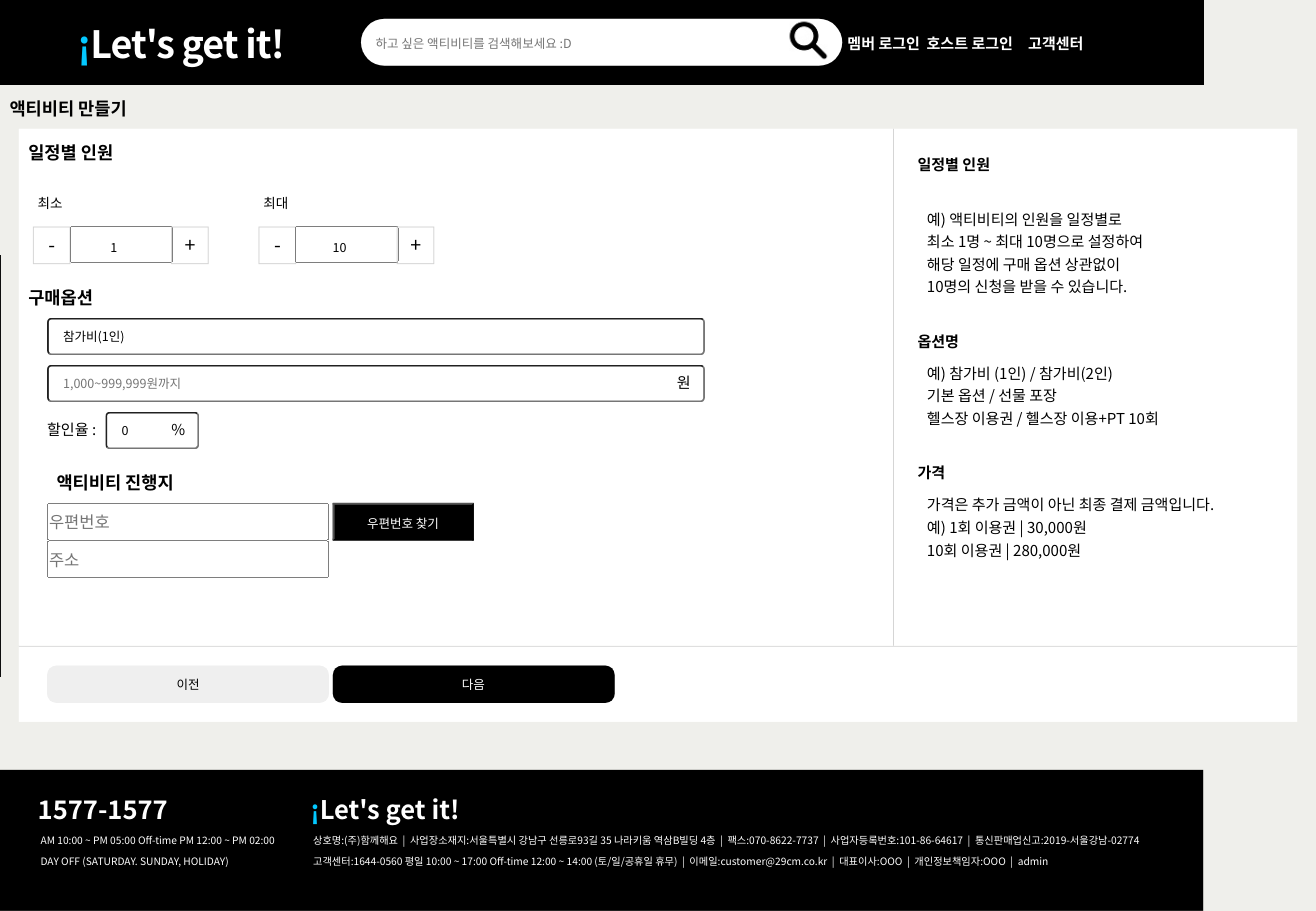
Repository: KiHyo-Tak/2stTeam
Page: http://localhost/2nd_Project_LetsGetIt/WEB-INF/views/activity/memberCntForm.jsp
An editor plug-in stored every save of this project. The page is shown before and after the next save, followed by the edit.
The browser window is 1280 px wide. The page is 1400 px wide, so the pictures cover 1400 px, including what lies to the right of the window. The pictures show the whole page, at 94% of full size.
Some web fonts or font styles are not loaded; a fallback is used. The page is served by Tomcat 9. Nobody is signed in. Other server files are loaded and not shown. The template is opened directly, without the code that normally fills it, so the values that code supplies are empty.

Above is the page before, as saved 2020-04-29 06:11:21.

### 2nd_Project_LetsGetIt/src/main/webapp/WEB-INF/views/activity/memberCntForm.jsp
<%@ page language="java" contentType="text/html; charset=UTF-8"
    pageEncoding="UTF-8"%>
<%@ taglib prefix="c" uri="http://java.sun.com/jsp/jstl/core" %>
<%@ taglib prefix="fmt" uri="http://java.sun.com/jsp/jstl/fmt" %>
<c:set var="conPath" value="${pageContext.request.contextPath }"/>
<!DOCTYPE html>
<html>
<head>
<meta charset="UTF-8">
<title>Insert title here</title>
</head>
<script src="https://code.jquery.com/jquery-3.4.1.min.js"></script>
<script>
	$(function(){
		$('#minDecrease').click(function() {
			var min = $('#min').val()-1;
			if(min >= 1) {
				$('#min').val(min);
			}
		});
		$('#minIncrease').click(function() {
			var min = $('#min').val();
			if(min < 999) {
				min++;
				$('#min').val(min);
			}
		});
		$('#maxDecrease').click(function() {
			var max = $('#max').val()-1;
			if(max >= 1) {
				$('#max').val(max);
			}
		});
		$('#maxIncrease').click(function() {
			var max = $('#max').val();
			if(max < 999) {
				max++;
				$('#max').val(max);
			}
		});
	});
	function chk() {
		var min = $('#min').val();
		var max = $('#max').val();
		if(max < min) {
			alert('최대인원은 최소인원보다 작을 수 없습니다');
			return false;
		}
	}
</script>
<script src="https://t1.daumcdn.net/mapjsapi/bundle/postcode/prod/postcode.v2.js"></script>
<script>
function sample6_execDaumPostcode() {
    new daum.Postcode({
        oncomplete: function(data) {
            // 팝업에서 검색결과 항목을 클릭했을때 실행할 코드를 작성하는 부분.

            // 각 주소의 노출 규칙에 따라 주소를 조합한다.
            // 내려오는 변수가 값이 없는 경우엔 공백('')값을 가지므로, 이를 참고하여 분기 한다.
            var addr = ''; // 주소 변수
            var extraAddr = ''; // 참고항목 변수

            //사용자가 선택한 주소 타입에 따라 해당 주소 값을 가져온다.
            if (data.userSelectedType === 'R') { // 사용자가 도로명 주소를 선택했을 경우
                addr = data.roadAddress;
            } else { // 사용자가 지번 주소를 선택했을 경우(J)
                addr = data.jibunAddress;
            }

            // 사용자가 선택한 주소가 도로명 타입일때 참고항목을 조합한다.
            if(data.userSelectedType === 'R'){
                // 법정동명이 있을 경우 추가한다. (법정리는 제외)
                // 법정동의 경우 마지막 문자가 "동/로/가"로 끝난다.
                if(data.bname !== '' && /[동|로|가]$/g.test(data.bname)){
                    extraAddr += data.bname;
                }
                // 건물명이 있고, 공동주택일 경우 추가한다.
                if(data.buildingName !== '' && data.apartment === 'Y'){
                    extraAddr += (extraAddr !== '' ? ', ' + data.buildingName : data.buildingName);
                }
                // 표시할 참고항목이 있을 경우, 괄호까지 추가한 최종 문자열을 만든다.
                if(extraAddr !== ''){
                    extraAddr = ' (' + extraAddr + ')';
                }
                // 조합된 참고항목을 해당 필드에 넣는다.
                document.getElementById("sample6_extraAddress").value = extraAddr;

            } else {
                document.getElementById("sample6_extraAddress").value = '';
            }

            // 우편번호와 주소 정보를 해당 필드에 넣는다.
            document.getElementById('sample6_postcode').value = data.zonecode;
            document.getElementById("sample6_address").value = addr;
        }
    }).open();
}
</script>
<link href="${conPath }/css/memberCntForm.css" rel="stylesheet">
<body>
	<jsp:include page="../main/header.jsp" />
	<div id="memberCnt">
		<h3>액티비티 만들기</h3>
		<form action="activityClude.do" onsubmit="return chk()" method="post">
			<input type="hidden" name="actCno" value="${actCno }">
			<input type="hidden" name="actName" value="${actName }">
			<input type="hidden" name="actImg" value="${actImg }">
			<div id="left">
				<h3>일정별 인원</h3>
				<div class="cnt">
					<p>최소</p>
					<div id="minDecrease">-</div>
					<input type="number" name="actMinMember" min="1" max="999" value="1" id="min">
					<div id="minIncrease">+</div>
				</div>
				<div class="cnt">
					<p>최대</p>
					<div id="maxDecrease">-</div>
					<input type="number" name="actMaxMember" min="1" max="999" value="10" id="max">
					<div id="maxIncrease">+</div>
				</div>
				<div class="clear">
					<h3>구매옵션</h3>
					<input type="text" name="actOption" value="참가비(1인)"><br>
					<input type="number" name="actPrice" min="1000" max="999999" placeholder="1,000~999,999원까지" required="required"><p>원</p><br>
					<p id="num">할인율 : </p><input type="number" id="dis" name="actDiscount" min="0" max="100" value="0"><p>%</p>
				</div>
				<div id="address">
					<h3>액티비티 진행지</h3>
					<input type="text" id="sample6_postcode" name="actAddress1" placeholder="우편번호" readonly="readonly" required="required">
					<input type="button" onclick="sample6_execDaumPostcode()" value="우편번호 찾기"><br>
					<input type="text" id="sample6_address" name="actAddress2" readonly="readonly" placeholder="주소" required="required"><br>
					<input type="hidden" id="sample6_extraAddress" placeholder="참고항목">
				</div>
			</div>
			<div id="right">
				<ul>
					<li class="bold">
						일정별 인원
					</li>
					<li>&nbsp;</li>
					<li class="ex">
						예) 액티비티의 인원을 일정별로<br>
						최소 1명 ~ 최대 10명으로 설정하여<br>
						해당 일정에 구매 옵션 상관없이<br>
						10명의 신청을 받을 수 있습니다.
					</li>
					<li>&nbsp;</li>
					<li class="bold">
						옵션명
					</li>
					<li class="ex">
						예) 참가비 (1인) / 참가비(2인)<br>
						기본 옵션 / 선물 포장<br>
						헬스장 이용권 / 헬스장 이용+PT 10회
					</li>
					<li>&nbsp;</li>
					<li class="bold">
						가격
					</li>
					<li class="ex">
						가격은 추가 금액이 아닌 최종 결제 금액입니다.<br>
						예) 1회 이용권 | 30,000원<br>
						10회 이용권 | 280,000원
					</li>
				</ul>
			</div>
			<div id="btn">
				<input class="btn" type="button" value="이전" onclick="history.go(-1)">
				<input class="btn" type="submit" value="다음">
			</div>
		</form>
	</div>
	<jsp:include page="../main/footer.jsp" />
</body>
</html>

### 2nd_Project_LetsGetIt/src/main/webapp/WEB-INF/views/main/header.jsp
<%@ page language="java" contentType="text/html; charset=UTF-8"
    pageEncoding="UTF-8"%>
<%@taglib prefix="c" uri="http://java.sun.com/jsp/jstl/core" %>
<%@taglib prefix="fmt" uri="http://java.sun.com/jsp/jstl/fmt" %>
<c:set var="conPath" value="${pageContext.request.contextPath }"/>
<!DOCTYPE html>
<html>
<head>
<meta charset="UTF-8" name="viewport" content="width=device-width, initial-scale=1">
<title>Insert title here</title>
<link rel="stylesheet" media="(min-width:640px)" href="${conPath }/css/main.css" />
<link rel="stylesheet" media="(max-width:640px)" href="${conPath }/css/main.css" />
<style>
nav, #nav, #navv, #navvv { position: fixed; top: 0; left: -100%; height: 100%; width: 100%; background-color: rgba( 0, 0, 0, 0.5 ); z-index: 99999; transition: .5s;}
nav.open, #nav.open, #navv.open, #navvv.open {position: fixed;top: 0;left: 0;height: 100%;width: 100%;background-color: rgba( 0, 0, 0, 0.5 );z-index: 99999;transition: .5s;}
#close_nav, #close_nav2, #close_nav3, #close_nav4 {position: absolute;top: 10px;right: 10px;float: left;width: 30px;height: 30px;cursor: pointer;color:white;}
#close_nav span, #close_nav2 span, #close_nav3 span, #close_nav4 span {position: absolute;width: 100%;height: 2px;top: 14px;background: white;display: block;font-weight:bold;}
#close_nav span:first-child, #close_nav2 span:first-child, #close_nav3 span:first-child, #close_nav4 span:first-child {transform: rotate(45deg);}
#close_nav span:last-child, #close_nav2 span:last-child, #close_nav3 span:last-child, #close_nav4 span:last-child {transform: rotate(-45deg);}
#nav_gnb, #nav_gnb2, #nav_gnb3, #nav_gnb4{position: absolute;width:50%;padding:5% 0;text-align: center;border:5px solid white;top:50%;left:50%;transform:translate(-50%, -50%);}
#nav_gnb a, #nav_gnb2 a, #nav_gnb3 a, #nav_gnb4 a {color: white;font-size: 1.5em;font-weight:bold;display:block;margin: 10px 0;}
</style>
<link  rel="stylesheet" href="https://fonts.googleapis.com/css2?family=Black+Han+Sans&family=Noto+Sans+KR:wght@100;300;400;500;700;900&display=swap">
<script src="https://code.jquery.com/jquery-3.4.1.min.js"></script>
<script>
$(document).ready(function (){
	$("#lnb_menubtn").click(function(){
		$('nav').addClass('open');
	});
	$("#close_nav").click(function(){
		$('nav').removeClass('open');
	});
	$("#lnb_menubtn2").click(function(){
		$('#nav').addClass('open');
	});
	$("#close_nav2").click(function(){
		$('#nav').removeClass('open');
	});
	$("#lnb_menubtn3").click(function(){
		$('#navv').addClass('open');
	});
	$("#close_nav3").click(function(){
		$('#navv').removeClass('open');
	});
	$("#lnb_menubtn4").click(function(){
		$('#navvv').addClass('open');
	});
	$("#close_nav4").click(function(){
		$('#navvv').removeClass('open');
	});
});
</script>
</head>
<body>
<header>
	<div id="top">
		<div class="left">
			<a href="${conPath }/main.do"><span>¡</span>Let's get it!</a>
		</div>
		<div class="center">
			<form action="${conPath }/activityAllList.do" method="get" class="form">
				<input type="text" name="searchText" placeholder="하고 싶은 액티비티를 검색해보세요 :D" value="${param.searchText }">
				<input type="submit" value="">
			</form>
		</div>
		<div class="right">
			<div class="dropAll">
			<div class="drop">
				<c:if test="${empty member && empty host && empty admin }">
					<a class="topMenu" href="${conPath }/memberLoginForm.do">멤버 로그인</a>
				</c:if>
				<c:if test="${not empty member }">
					<a href="#" id="lnb_menubtn">${member.mName }님</a>
				</c:if>
				<c:if test="${not empty host }">
					<a href="#" id="lnb_menubtn3">${host.hName }님</a>
				</c:if>
				<c:if test="${not empty admin }">
					<a href="#" id="lnb_menubtn4">${admin.aName }님</a>
				</c:if>
			</div>
			<c:if test="${empty member && empty host && empty admin }">
				<div class="drop">
					<a class="topMenu" href="${conPath }/hostLoginForm.do">호스트 로그인</a>
				</div>
			</c:if>
			<div class="drop">
				<a href="#" id="lnb_menubtn2">고객센터</a>
			</div>
				<c:if test="${not empty member }">
					<div class="drop">
						<a class="topMenu" href="${conPath }/memberLogout.do">로그아웃</a>
					</div>
				</c:if>
				<c:if test="${not empty host }">
					<div class="drop">
						<a class="topMenu" href="${conPath }/hostLogout.do">로그아웃</a>
					</div>
				</c:if>
				<c:if test="${not empty admin }">
					<div class="drop">
						<a class="topMenu" href="${conPath }/adminLogout.do">로그아웃</a>
					</div>
				</c:if>
		</div>
		</div>
	</div>
</header>
<nav>
	<div id="close_nav">
		<span></span>
		<span></span>
	</div>
	<div id="nav_gnb">
		<a href="${conPath }/memberModify.do">프로필 수정하기</a>
		<a href="${conPath }/memberLikeActCateForm.do">관심사 설정하기</a>
		<a href="${conPath }/likeactivityList.do">좋아한 액티비티</a>
		<a href="${conPath }/memberlikeHostList.do">좋아한 호스트</a>
		<a href="${conPath }/myActivityList.do?mId=${member.mId}">예약한 액티비티</a>
		<a href="${conPath }/myCouponList.do?mId=${member.mId}">쿠폰함 보기</a>
		<a href="${conPath }/myReviewList.do?mId=${member.mId}">후기 보기</a>
	</div>
</nav>
<div id="nav">
	<div id="close_nav2">
		<span></span>
		<span></span>
	</div>
	<div id="nav_gnb2">
		<a href="${conPath }/noticeAllList.do">공지/이벤트 </a>
		<a href="${conPath }/adminQnaList.do">QnA</a>
	</div>
</div>
<div id="navv">
	<div id="close_nav3">
		<span></span>
		<span></span>
	</div>
	<div id="nav_gnb3">
		<a href="${conPath }/hostModifyForm.do">프로필 수정하기</a>
		<a href="${conPath }/activityWriteForm.do">액티비티 만들기</a>
		<a href="${conPath }/hostActivityList.do?hId=${host.hId}">내 액티비티 보기</a>
		<a href="${conPath }/myActivityReserveList.do?hId=${host.hId}">예약 관리하기</a>
		<a href="${conPath }/myActivityCheckList.do?hId=${host.hId}">출석 관리하기</a>
	</div>
</div>
<div id="navvv">
	<div id="close_nav4">
		<span></span>
		<span></span>
	</div>
	<div id="nav_gnb4">
		<a href="${conPath }/couponWriteForm.do">쿠폰 생성 하기</a>
		<a href="${conPath }/couponList.do">쿠폰 리스트 보기</a>
		<a href="${conPath }/adminQnaList.do">QnA 관리 하기</a>
		<a href="${conPath }/noticeList.do">공지사항 관리하기</a>
		<a href="${conPath }/eventList.do">이벤트 관리하기 </a>
	</div>
</div>

</body>
</html>

### 2nd_Project_LetsGetIt/src/main/webapp/WEB-INF/views/main/footer.jsp
<%@ page language="java" contentType="text/html; charset=UTF-8"
    pageEncoding="UTF-8"%>
<%@taglib prefix="c" uri="http://java.sun.com/jsp/jstl/core" %>
<%@taglib prefix="fmt" uri="http://java.sun.com/jsp/jstl/fmt" %>
<c:set var="conPath" value="${pageContext.request.contextPath }"/>
<!DOCTYPE html>
<html>
<head>
<meta charset="UTF-8" name="viewport" content="width=device-width, initial-scale=1">
<title>Insert title here</title>
<link rel="stylesheet" media="(min-width:640px)" href="${conPath }/css/main.css" />
<link rel="stylesheet" media="(max-width:640px)" href="${conPath }/css/main.css" />
</head>
<body>
<footer>
	<div class="all">
		<div class="left">
			<div class="title">
				1577-1577
			</div>
			<div class="content">
				<p>AM 10:00 ~ PM 05:00 Off-time PM 12:00 ~ PM 02:00 </p>
				<p>DAY OFF (SATURDAY. SUNDAY, HOLIDAY)</p>
			</div>
		</div>
		<div class="right">
			<div class="title">
				<span>¡</span>Let's get it!
			</div>
			<div class="content">
				<p>상호명:(주)함께해요 &nbsp;|&nbsp;  사업장소재지:서울특별시 강남구 선릉로93길 35 나라키움 역삼B빌딩  4층  &nbsp;|&nbsp;  팩스:070-8622-7737  &nbsp;|&nbsp; 사업자등록번호:101-86-64617  &nbsp;|&nbsp; 통신판매업신고:2019-서울강남-02774</p>
				<p>고객센터:1644-0560 평일 10:00 ~ 17:00 Off-time 12:00 ~ 14:00 (토/일/공휴일 휴무)   &nbsp;|&nbsp;  이메일:customer@29cm.co.kr   &nbsp;|&nbsp;  대표이사:OOO   &nbsp;|&nbsp;  개인정보책임자:OOO &nbsp;|&nbsp;
				<c:if test="${empty admin && empty host && empty member }">
					<span><a href="${conPath }/adminLoginForm.do">admin</a></span>
				</c:if>
				</p>
			</div>
		</div>
	</div>
</footer>
</body>
</html>

### 2nd_Project_LetsGetIt/src/main/webapp/css/memberCntForm.css
@charset "UTF-8";
body {
		background-color:#EFEFEB;
	}
	#memberCnt {
		width:1400px;
		margin:0 auto;
		overflow:hidden;
		height:729px;
	}
	#memberCnt h3 {
		margin:10px;
	}
	#memberCnt #left {
		margin-left:20px;
		width:930px;
		background-color:white;
		float:left;
		height:550px;
		overflow:hidden;
	}
	#memberCnt #left .cnt {
		float:left;
		width:200px;
		margin:20px;
	}
	#memberCnt #left .cnt p {
		margin-bottom:15px;
		font-size:0.9em;
	}
	#memberCnt #left .cnt div {
		display:inline-block;
		border:1px solid lightgray;
		width:40px;
		height:40px;
		line-height:35px;
		text-align:center;
		font-size:1.3em;
		margin:0 -5px;
	}
	#memberCnt #left .cnt input {
		width:110px;
		height:40px;
		line-height:40px;
		text-align:center;
		padding-top:6px;
	}
	#memberCnt #left .clear {
		clear:both;
	}
	#memberCnt #left .clear input {
		margin:0 -30px 10px 30px;
		width:700px;
		height:40px;
		line-height:40px;
		padding-left:15px;
		padding-right:40px;
		border-radius:5px;
		outline:0;
	}
	#memberCnt #left .clear p {
		display:inline-block;
	}
	#memberCnt #left .clear #dis {
		margin-left:10px;
		width:100px;
	}
	#memberCnt #left .clear #num {
		margin-left:30px;
	}
	#memberCnt #left #address {
		margin-left:30px;
	}
	#memberCnt #left #address input[type=text] {
		width:300px;
		height:40px;
		line-height:40px;
		font-size:1.1em;
	}
	#memberCnt #left #address input[type=button] {
		width:150px;
		height:40px;
		line-height:40px;
		background-color:black;
		color:white;
	}

	#memberCnt #right {
		width:430px;
		height:550px;
		background-color:white;
		float:left;
		border-left:1px solid lightgray;
		padding:15px;
	}
	#memberCnt #right ul {
		list-style:none;
	}
	#memberCnt #right .bold {
		font-weight:bold;
		margin:10px;
		list-style:none;
	}
	#memberCnt #right .ex {
		margin-left:20px;
		list-style:none;
	}
	#memberCnt #btn {
		clear:both;
		width:1360px;
		padding:20px 0 20px 30px;
		background-color:white;
		border-top:1px solid lightgray;
	}
	#memberCnt #btn .btn {
		width:300px;
		height:40px;
		line-height:40px;
		border-radius:10px;
		outline:0;
		border:0;
		cursor:pointer;
	}
	#memberCnt #btn input[type=submit] {
		background-color:black;
		color:white;
	}

Loaded but not shown: 2nd_Project_LetsGetIt/src/main/webapp/css/main.css (1009 lines, source omitted)

After the next save:
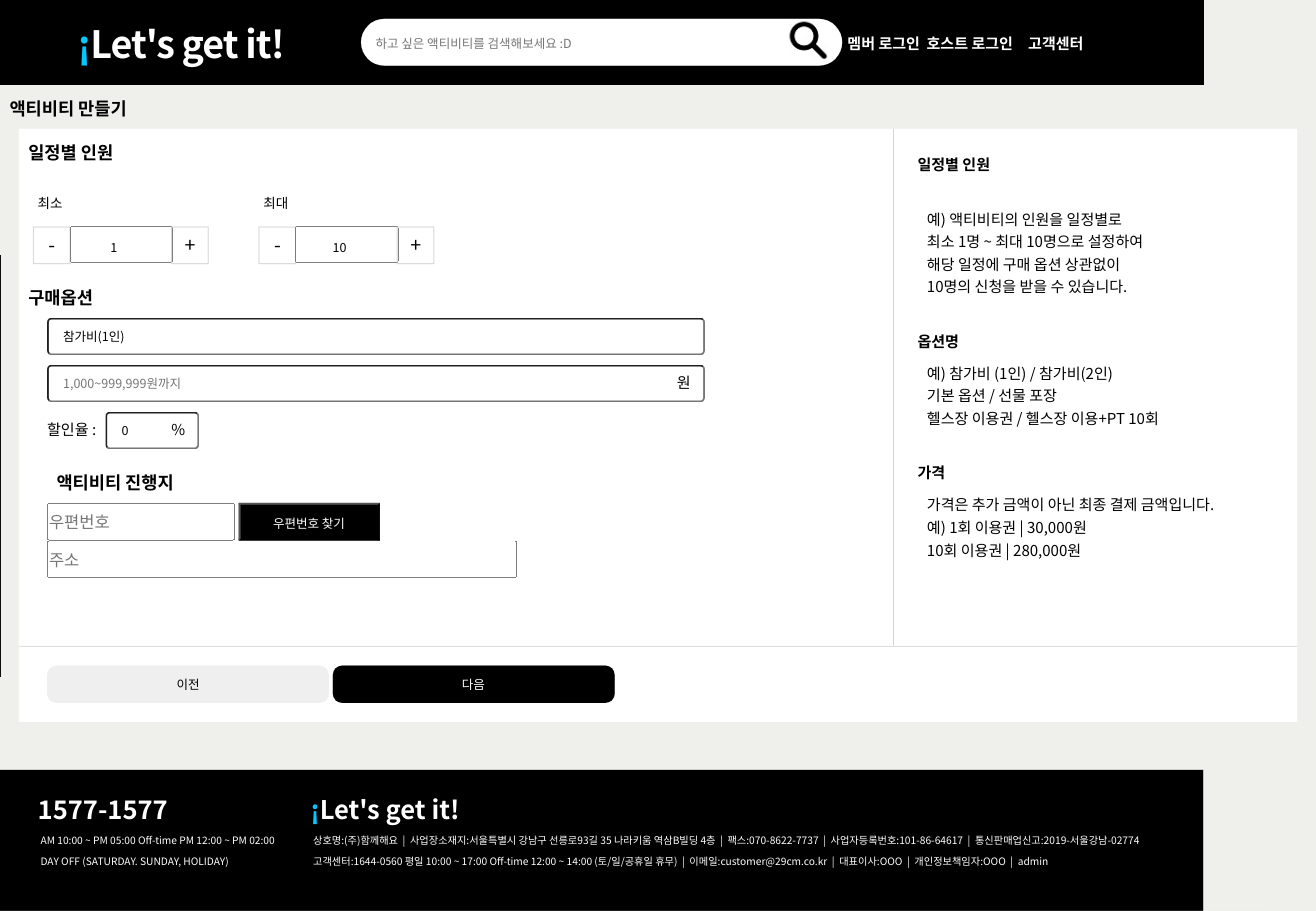
Saved 54 s later.
--- a/2nd_Project_LetsGetIt/src/main/webapp/css/memberCntForm.css
+++ b/2nd_Project_LetsGetIt/src/main/webapp/css/memberCntForm.css
@@ -71,8 +71,14 @@ body {
 	#memberCnt #left #address {
 		margin-left:30px;
 	}
-	#memberCnt #left #address input[type=text] {
-		width:300px;
+	#memberCnt #left #address #sample6_postcode {
+		width:200px;
+		height:40px;
+		line-height:40px;
+		font-size:1.1em;
+	}
+	#memberCnt #left #address #sample6_address {
+		width:500px;
 		height:40px;
 		line-height:40px;
 		font-size:1.1em;
